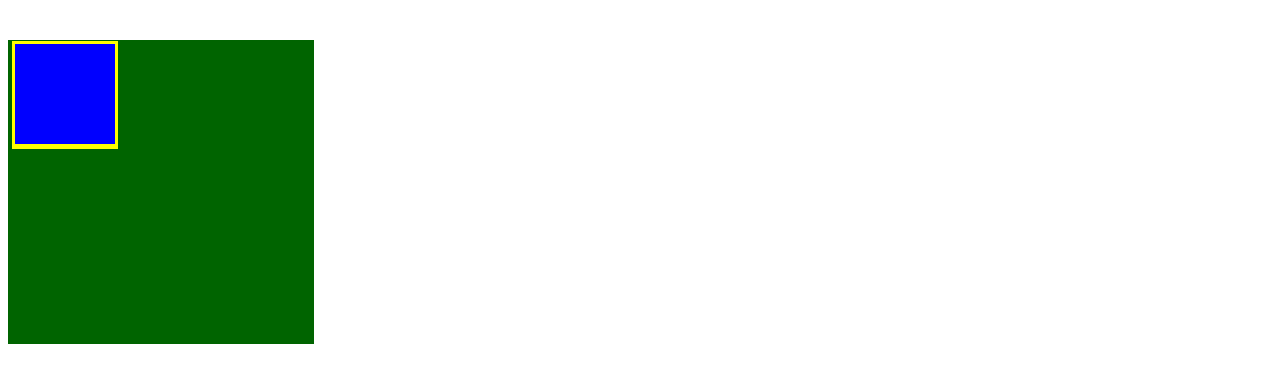
Repository: yymmyymm/review-sub1
Page: box/box.html
The author's editor kept a record of every edit. The page is drawn from the files as they stood at one moment, then again after the next edit.
The browser window is 1280 px wide. The pictures show the whole page.

Above is the page before.

After the next edit:
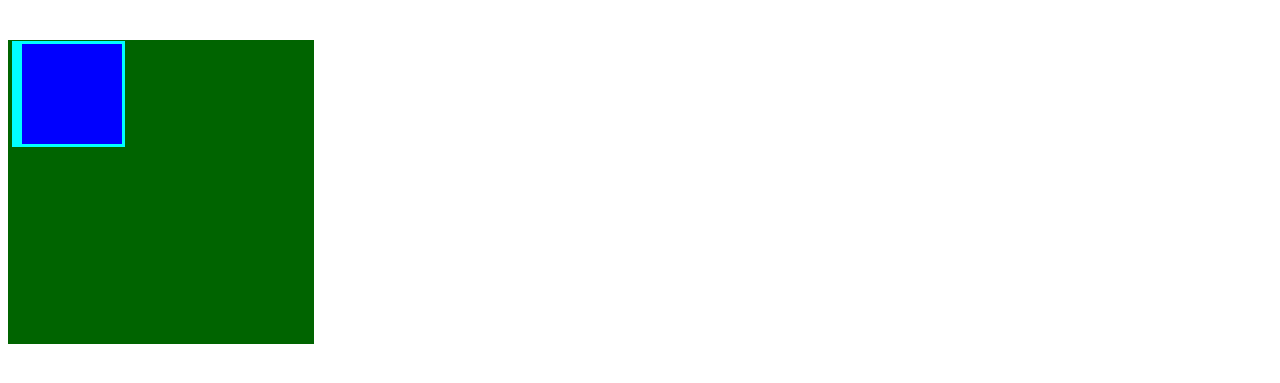
The edit:
--- a/box/box.css
+++ b/box/box.css
@@ -9,6 +9,10 @@
   width: 100px;
   height: 100px;
   background-color: blue;
-  border: solid yellow;
-  border-bottom-width: 5px;
+  border: solid #ff00ff ;
+  border-top-width: 10px ;
+  border: solid #00ffff;
+  border-left-width: 10px ;
+
+
 }
